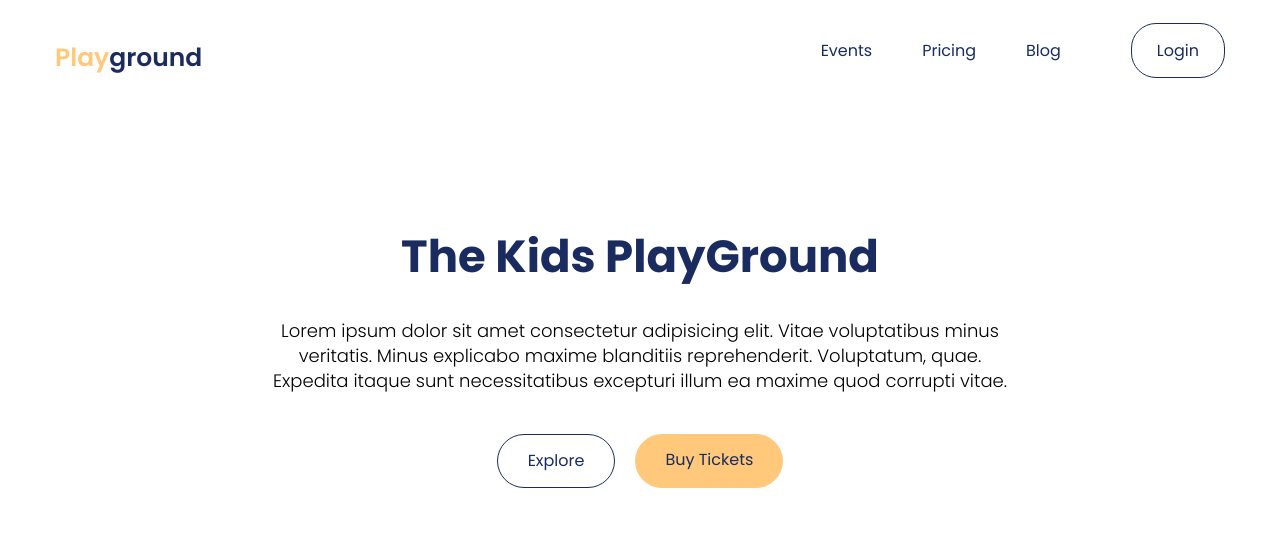
Repository: khuong30082000/the-playground
Page: index.html
These files come from the project's save history. The page is drawn as it stood at one moment and after the next save; the edit follows.
The browser window is 1280 px wide. The pictures show the whole page.
The style sheet was rebuilt from its Sass, Less or Tailwind sources for each picture, by a compiler version that may differ from the author's.

Above is the page before, as saved 2022-06-20 12:34:15.

After the next save:
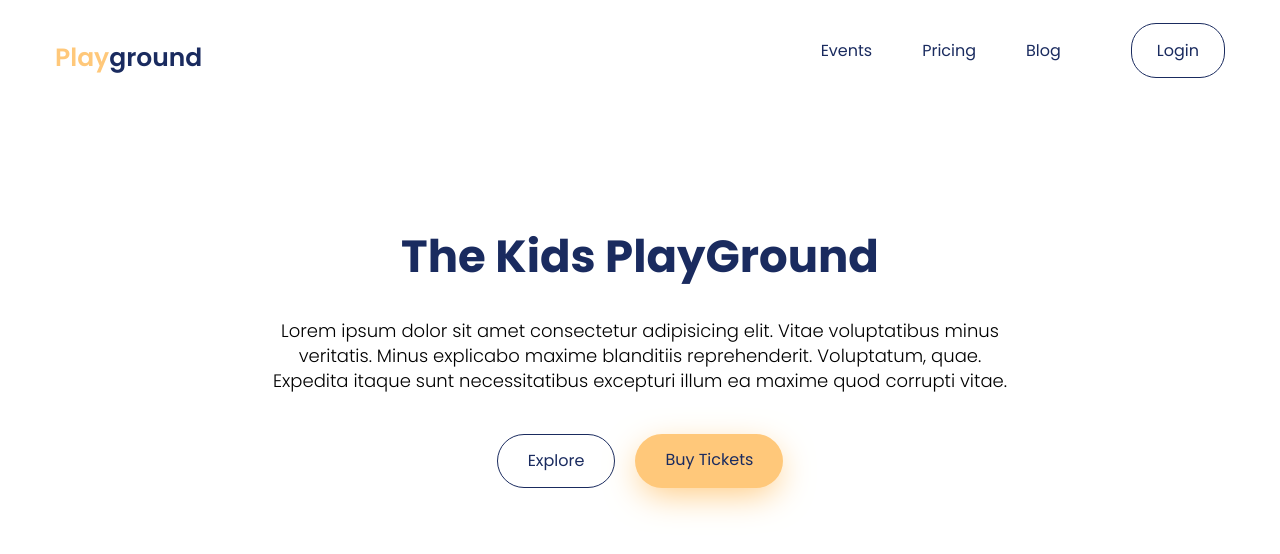
Saved 13 s later.
--- a/index.html
+++ b/index.html
@@ -49,7 +49,7 @@
             <p class="banner__desc">Lorem ipsum dolor sit amet consectetur adipisicing elit. Vitae voluptatibus minus veritatis. Minus explicabo maxime blanditiis reprehenderit. Voluptatum, quae. Expedita itaque sunt necessitatibus excepturi illum ea maxime quod corrupti vitae.</p>
             <div class="banner__buttons">
                   <a href="" class="btn btn--border btn--rounded">Explore</a>
-                  <a href="" class="btn btn--primary btn--rounded">Buy Tickets</a>
+                  <a href="" class="btn btn--primary btn--rounded has-shadow">Buy Tickets</a>
             </div>
         </div>
       </section>
